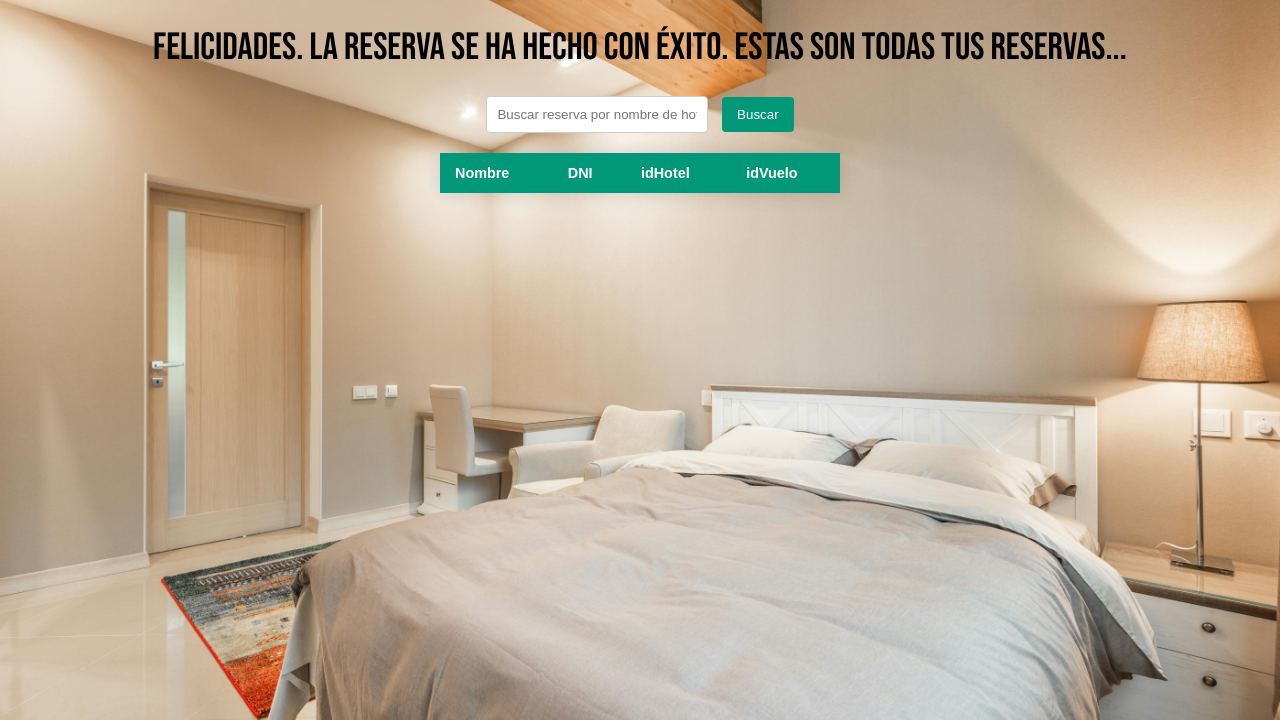
Repository: craschelf/GestionDeViajes-Microservicios
Page: http://localhost/listaReservas
The author's editor kept a copy of each file at every save. The page is drawn from the files as they stood at one save, then again after the next save.
The browser window is 1280 px wide. The pictures show the whole page.
The page is this project's Thymeleaf template; nobody is signed in. The template is opened directly, without the code that normally fills it, so the values that code supplies are empty.

Above is the page before, as saved 2024-06-06 14:14:08.

After the next save:
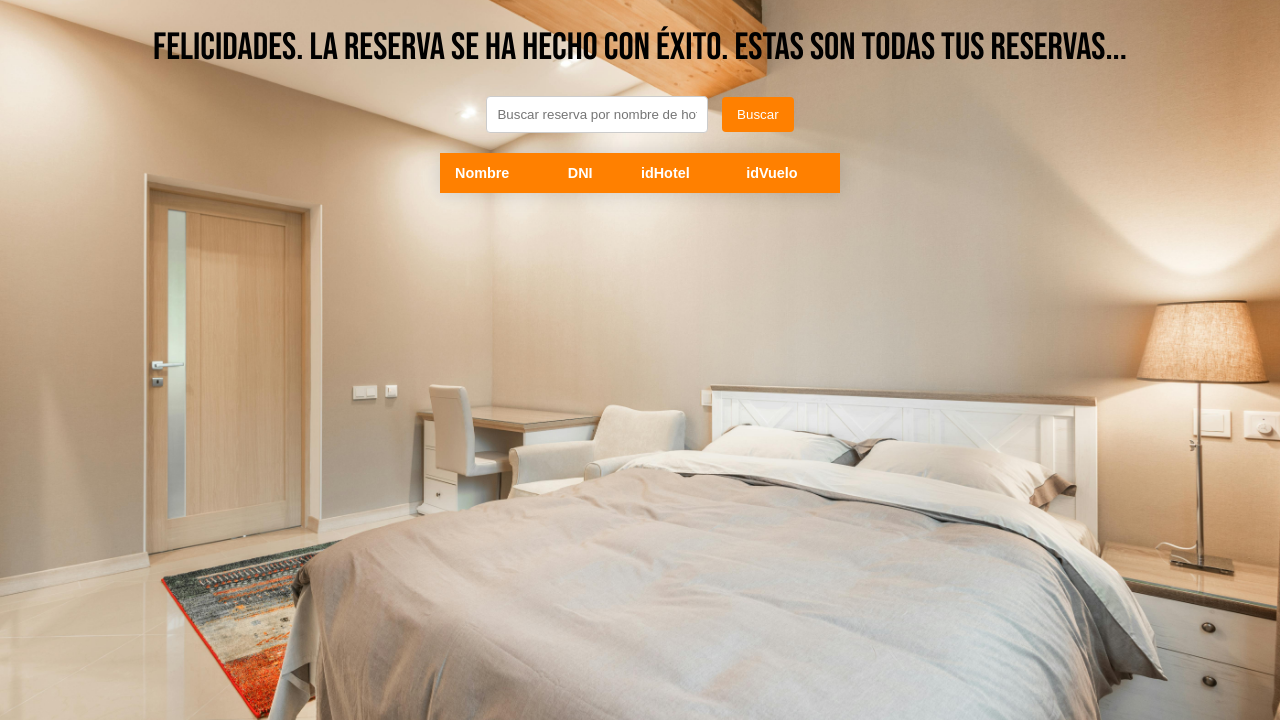
Saved 70 s later.
--- a/FrontProyectoFinal/src/main/resources/static/css/reservas.css
+++ b/FrontProyectoFinal/src/main/resources/static/css/reservas.css
@@ -29,7 +29,7 @@ body {
 
 .search-container button {
     padding: 10px 15px;
-    background-color: #009879;
+    background-color: rgb(255, 128, 0);
     color: white;
     border: none;
     border-radius: 4px;
@@ -37,11 +37,11 @@ body {
 }
 
 .search-container button:hover {
-    background-color: #007b63;
+    background-color: rgb(255, 128, 0);
 }
 
 .search-container button:hover {
-    background-color: #007b63;
+    background-color: rgb(255, 128, 0);
 }
 
 .tablaConReservas {
@@ -55,7 +55,7 @@ body {
 }
 
 .tablaConReservas thead tr {
-    background-color: #009879;
+    background-color: rgb(255, 128, 0);
     color: #ffffff;
     text-align: left;
 }
@@ -74,10 +74,10 @@ body {
 }
 
 .tablaConHoteles tr:last-of-type {
-    border-bottom: 2px solid #009879;
+    border-bottom: 2px solid rgb(255, 128, 0);
 }
 
 .tablaConHoteles tbody tr.active-row {
     font-weight: bold;
-    color: #009879;
+    color: rgb(255, 128, 0);
 }
